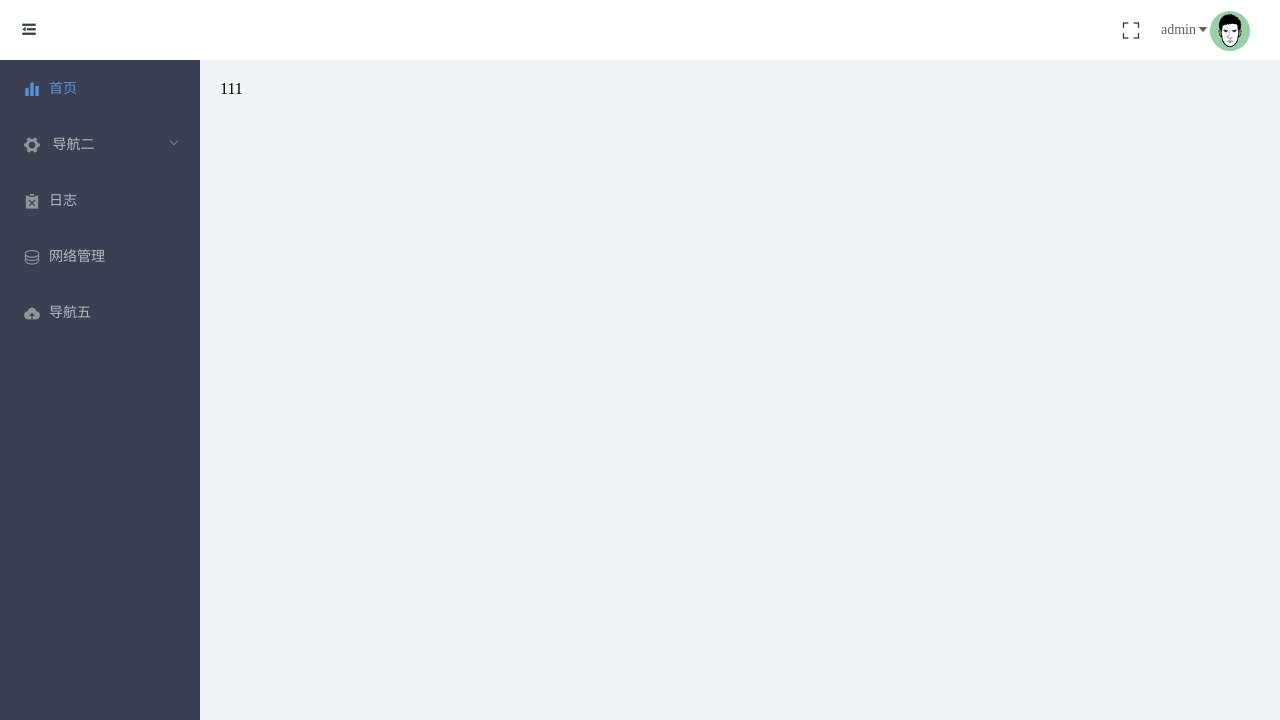
Repository: TomGodb/dazoo-admin
Page: /#/Home
These files come from the project's save history. The page is drawn as it stood at one moment and after the next save; the edit follows.
The browser window is 1280 px wide. The pictures show the whole page.
The project was rebuilt for these pictures with package versions that can differ from the ones it lists, and the page was loaded fresh each time. Also part of the build but not shown: vue.config.js, src/components/SlideVerify/index.vue, src/utils/request.js, src/views/login/http.js, src/views/login/index.vue.

Above is the page before, as saved 2021-01-23 10:41:26.

### public/index.html
<!DOCTYPE html>
<html lang="">
  <head>
    <meta charset="utf-8">
    <meta http-equiv="X-UA-Compatible" content="IE=edge">
    <meta name="viewport" content="width=device-width,initial-scale=1.0">
    <link rel="icon" href="<%= BASE_URL %>favicon.ico">
    <title>运维管理后台</title>
  </head>
  <body>
    <noscript>
      <strong>We're sorry but <%= htmlWebpackPlugin.options.title %> doesn't work properly without JavaScript enabled. Please enable it to continue.</strong>
    </noscript>
    <div id="app"></div>
    <!-- built files will be auto injected -->
  </body>
</html>

### src/main.js
import Vue from "vue";
import App from "./App.vue";
import router from "./router";
import store from "./store";
import ElementUI from 'element-ui';
import 'element-ui/lib/theme-chalk/index.css';
Vue.config.productionTip = false;
Vue.use(ElementUI);
new Vue({
  router,
  store,
  render: h => h(App)
}).$mount("#app");

### src/App.vue
<template>
  <div id="app">
    <!-- <div id="nav">
      <router-link to="/">Home</router-link> |
      <router-link to="/about">About</router-link>
    </div> -->
    <router-view />
  </div>
</template>

<style lang="less">
* {
  padding: 0;
  margin: 0;
}
body,
html {
  height: 100%;
}
#app {
  font-family: "\5FAE\8F6F\96C5\9ED1";
  height: 100%;
}

// #nav {
//   padding: 30px;
//   a {
//     font-weight: bold;
//     color: #2c3e50;
//     &.router-link-exact-active {
//       color: #42b983;
//     }
//   }
// }
</style>

### src/router/index.js
import Vue from "vue";
import VueRouter from "vue-router";

import login from "@v/login/index.vue";
import Home from "@/Home/index.vue";
Vue.use(VueRouter);
import module from './modole'

export const currencyRoutes = [{
    path: "/",
    name: "login",
    component: login,
  },
  {
    path: "/Home",
    name: "Home",
    component: Home,
    redirect: "/dashbord",
    children: module,

  },
];
const router = new VueRouter({
  mode: "hash",
  base: process.env.BASE_URL,
  routes: currencyRoutes
});

export default router;

### src/store/index.js
import Vue from "vue";
import Vuex from "vuex";
import getters from "./getters"

Vue.use(Vuex);
export default new Vuex.Store({
  state: {
    opened: false
  },
  mutations: {
    SET_OPENED(state) {
      state.opened = !state.opened;
    },
  },
  actions: {},
  modules: {},
  getters
});

### src/Home/index.vue
<template>
  <div class="home-container">
    <el-container>
      <el-header> <m-header></m-header></el-header>
      <el-container>
        <el-aside :width="opened ? '64px' : '200px'">
          <el-menu
            :default-active="activeMenu"
            class="el-menu-vertical-demo"
            background-color="#3a3f51"
            text-color="#b5b6bd"
            active-text-color="rgb(79, 148, 212)"
            mode="vertical"
            :collapse-transition="false"
            router
            :collapse="opened"
          >
            <NavMenu :navMenus="menuData"></NavMenu>
          </el-menu>
        </el-aside>
        <el-main>
          <transition name="fade-page" mode="out-in">
            <router-view></router-view> </transition
        ></el-main>
      </el-container>
    </el-container>
    <!-- <el-container>
      <el-aside :width="opened ? '64px' : '200px'">
        <el-menu
          :default-active="activeMenu"
          class="el-menu-vertical-demo"
          background-color="#3a3f51"
          text-color="#b5b6bd"
          active-text-color="rgb(79, 148, 212)"
          mode="vertical"
          :collapse-transition="false"
          router
          :collapse="opened"
        >
          <NavMenu :navMenus="menuData"></NavMenu>
        </el-menu>
      </el-aside>
      <el-container>
        <el-header>
          <m-header></m-header>

        </el-header>
        <el-main>
          <transition name="fade-page" mode="out-in">
            <router-view></router-view>
          </transition>
        </el-main>
      </el-container>
    </el-container> -->
  </div>
</template>

<script>
import NavMenu from "./NavMenu";
import { mapGetters } from "vuex";
import MHeader from "./Header";
import { menuData } from "./NavMenu/meunDataRouter";
export default {
  components: {
    NavMenu,
    MHeader,
  },
  data() {
    return {
      menuData,
    };
  },
  computed: {
    activeMenu() {
      return this.$route.path;
    },
    ...mapGetters(["opened"]),
  },
};
</script>

<style lang="less" scoped>
.el-header,
.el-footer {
  // background-color: #b3c0d1;
  color: #333;
  // text-align: center;
  // line-height: 60px;
}
.home-container {
  height: 100%;
  .el-aside {
    transition: width 0.3s;
    overflow: hidden;
    background-color: rgb(58, 63, 81);
  }
  .el-menu {
    border-right: 0px !important;
  }
  .fade-page-enter-active,
  .fade-page-leave-active {
    transition: all 0.5s;
  }
  .fade-page-enter {
    opacity: 0;
    transform: translateX(-30px);
  }
  .fade-page-leave-to {
    opacity: 0;
    transform: translateX(-30px);
  }
}
.el-container {
  // height:calc(100% - 60px);
  height: 100%;
}
.el-main {
  background-color: #f0f3f4;
}
</style>
<style>
.el-menu--collapse .el-submenu__title span {
  display: none;
}
/*隐藏 > */
.el-menu--collapse .el-submenu__title .el-submenu__icon-arrow {
  display: none;
}
</style>

### src/router/modole/index.js
import aaa from './aaa'
let routesArray = []

let toArray = (pages) => {
  Object.keys(pages).forEach((key) => {
    let obj = pages[key]
    Object.keys(obj).forEach((key) => {
      routesArray.push(obj[key])
    })
  })
}
toArray([aaa])

export default routesArray

### src/store/getters.js

const getters ={
    opened(state){
        return state.opened
    }
}
export default getters;

### src/Home/NavMenu/index.vue
<template>
  <div class="navMenu">

    <template v-for="navMenu in navMenus">
      <!-- 最后一级菜单 -->
      <el-menu-item
        v-if="!navMenu.children && navMenu"
        :key="navMenu.id"
        :data="navMenu"
        :index="navMenu.path"
      >
        <i :class="navMenu.meta.icon"></i>
        <span slot="title">{{ navMenu.meta.title }}</span>
      </el-menu-item>
      <!-- 此菜单下还有子菜单 -->
      <el-submenu
        v-if="navMenu.children && navMenu"
        :key="navMenu.id"
        :data="navMenu"
        :index="navMenu.path"
      >
        <template slot="title">
          <i :class="navMenu.meta.icon"></i>
          <span> {{ navMenu.meta.title }}</span>
        </template>
        <!-- 递归 -->
        <NavMenu :navMenus="navMenu.children"></NavMenu>
      </el-submenu>
    </template>
  </div>
</template>

<script>
import { mapGetters } from "vuex";
export default {
  computed: {
    ...mapGetters(["opened"]),
  },
  name: "NavMenu",
  props: ["navMenus"],
  data() {
    return {};
  },
  methods: {},
};
</script>
<style lang="less" scoped>
.header_l {
  border-bottom: 1px solid #454b61;
  width: 200px;
  height: 60px;
  line-height: 60px;
  text-align: center;
  color: white;
  font-size: 15px;
  font-weight: 700;
  img {
    height: 28px;
    vertical-align: middle;
    // margin-right: 8px;
    position: relative;
    top: -3px;
  }
}
</style>

### src/Home/Header/index.vue
<template>
  <div class="sideCollapse">
    <div class="sideCollapse-left" id="domColapse">
      <i
        :class="{ 'el-icon-s-unfold': opened, 'el-icon-s-fold': !opened }"
        @click="toggleOpen()"
      ></i>
    </div>
    <div class="sideCollapse-right">
      <user-dropdown></user-dropdown>
    </div>
  </div>
</template>

<script>
import { mapGetters } from "vuex";
import UserDropdown from "./UserDropdown";
export default {
  components: {
    UserDropdown,
  },
  computed: {
    ...mapGetters(["opened"]),
    // toggleClass() {
    //   return {
    //     'el-icon-s-unfold': this.opened === 'true',
    //     'el-icon-s-fold': this.opened !== 'true'
    //   }
    // }
  },
  methods: {
    toggleOpen() {
      this.$store.commit("SET_OPENED");
    },
  },
};
</script>
<style lang="less" scoped>
.sideCollapse-left {
  float: left;

  font-size: 18px;
  color: #363f44;
  cursor: pointer;
}
.sideCollapse {
  background-color: white;
  line-height: 60px;
  height: 100%;
}
.sideCollapse-right {
  float: right;
}
</style>

### src/Home/NavMenu/meunDataRouter.js
const menuData = [{
        id: 1,
        meta: {
            title: "首页",
            icon: "el-icon-s-data"
        },
        path: "/dashbord",
    },
    {
        id: 2,
        meta: {
            title: "导航二",
            icon: "el-icon-s-tools"
        },
        path: "/dashbord/aaa",

        children: [{

            path: "/dashbord/aaa",
            meta: {
                title: "导航2-1",
                icon: "el-icon-s-tools"
            },
        }]
    },
    {
        id: 3,
        meta: {
            title: "日志",
            icon: "el-icon-s-release"
        },
        path: "/",
    },
    {
        id: 4,
        meta: {
            title: "网络管理",
            icon: "el-icon-coin"
        },
        path: "/",
    },
    {
        id: 5,
        meta: {
            title: "导航五",
            icon: "el-icon-upload"
        },
        path: "/",
    },
]

export {
    menuData
}

### src/router/modole/aaa.js
export default [{
        path: "/dashbord",
        name: "Dashbord",
        component: () => import("@v/dashbord"),
        meta: {
            title: "首页",
            icon: "el-icon-s-data"
        }
    },
    {
        path: "/dashbord/aaa",
        name: "aaa",
        component: () => import("@v/aaa"),
        meta: {
            title: "aaa",
            icon: "el-icon-s-data"
        }
    },
]

### src/Home/Header/UserDropdown.vue
<template>
  <div>
    <div class="hoverBag" @click="toggleFull">
      <i class="el-icon-full-screen iconFont"></i>
    </div>
    <el-dropdown class="userDd hoverBag" @command="handleCommand">
      <div class="userDrop">
        <span class="userDrop_text">
          admin<i class="el-icon-caret-bottom"></i
        ></span>
        <img src="@a/ImgSrc/header_images/user01.jpg" alt="user" />
      </div>
      <el-dropdown-menu solt="dropdown">
        <el-dropdown-item
          v-for="(item, index) in dropdownList"
          :key="index"
          :command="index"
        >
          <i :class="item.icon"></i>{{ item.title }}
        </el-dropdown-item>
        <!-- <el-dropdown-item>
          <i class=""></i>
        </el-dropdown-item>
        <el-dropdown-item divided>
          <i class=""></i>
        </el-dropdown-item> -->
      </el-dropdown-menu>
    </el-dropdown>
  </div>
</template>
<script>
import screenfull from "screenfull";
export default {
  data() {
    return {
      dropdownList: [
        {
          icon: "el-icon-s-home",
          title: "首页",
          path: "/Home",
        },
        {
          icon: "el-icon-s-custom",
          title: "个人信息",
          path: "/dashbord/aaa",
        },
        {
          icon: "el-icon-switch-button",
          title: "登出",
          path: "/",
        },
      ],
    };
  },
  methods: {
    handleCommand(index) {
      this.$router.push(this.dropdownList[index].path);
    },
    toggleFull() {
      screenfull.toggle();
    },
  },
};
</script>
<style lang="less" scoped>
.iconFont {
  font-size: 20px;
  vertical-align: middle;
}
.userDrop img {
  vertical-align: middle;
  display: inline-block;
  width: 40px;
  height: 40px;
  border-radius: 50%;
  vertical-align: middle;
}

.hoverBag {
  cursor: pointer;
  height: 100%;
  padding: 0px 10px;
  float: left;
}
.hoverBag:hover {
  background: #f0f3f4;
}
</style>

### src/views/dashbord/index.vue
<template>
<div>
    111
</div>
</template>
<script>
export default {
    data(){
        return {

        }
    }
}
</script>
<style lang="less" scoped>

</style>

After the next save:
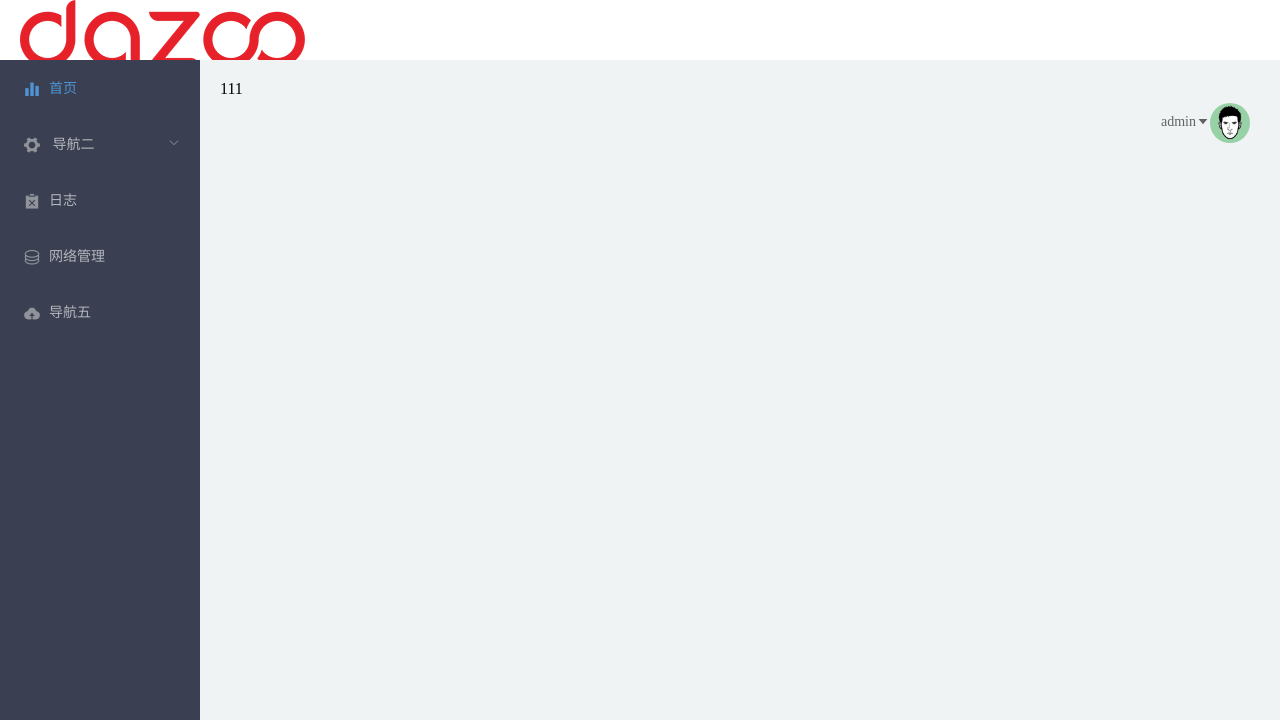
Saved 30 s later.
--- a/src/Home/Header/index.vue
+++ b/src/Home/Header/index.vue
@@ -1,5 +1,9 @@
 <template>
   <div class="sideCollapse">
+    <div class="header_l" :style="{ width: opened ? '64px' : '200px' }">
+      <img v-if="opened" src="@a/ImgSrc/Home-logo/dazoo-logo.png" alt="logo" />
+      <img v-else src="@a/ImgSrc/Home-logo/logo.jpg" alt="logo" />
+    </div>
     <div class="sideCollapse-left" id="domColapse">
       <i
         :class="{ 'el-icon-s-unfold': opened, 'el-icon-s-fold': !opened }"
